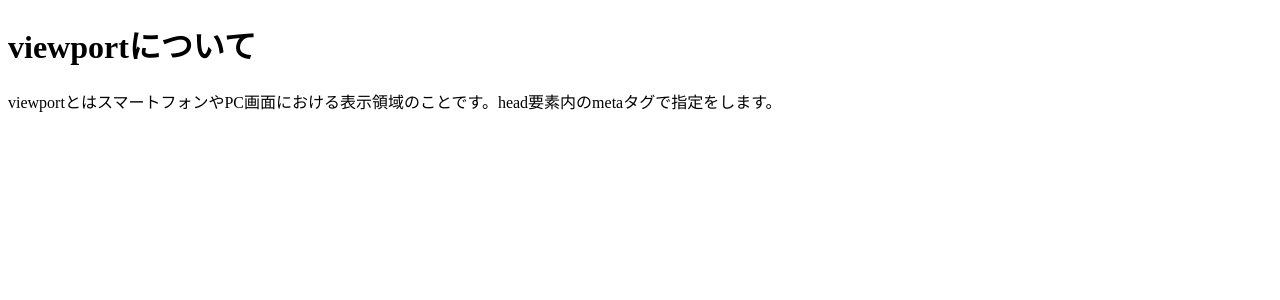
Repository: risayoshinaga/kadai-monolist
Page: index.html
The author's editor kept a record of every edit. The page is drawn from the files as they stood at one moment, then again after the next edit.
The browser window is 1280 px wide. The pictures show the whole page.

Above is the page before.

### index.html
<!DOCTYPE html>
<html lang="ja">
    <head>
        <meta charset="utf-8">
        <meta name="viewport" content="width=device-width, initial-scale=1">
        <title>レスポンシブデザイン</title>
    </head>
    <body>
        <h1>viewportについて</h1>
        <p>viewportとはスマートフォンやPC画面における表示領域のことです。head要素内のmetaタグで指定をします。</p>
    </body>
</html>

After the next edit:
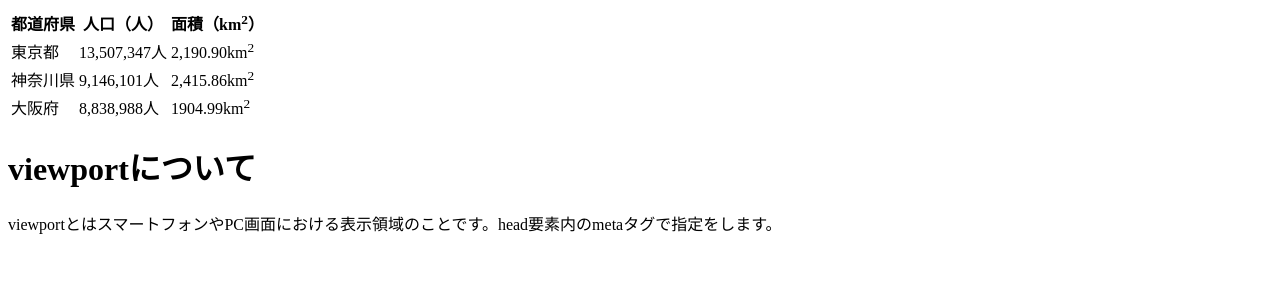
The edit:
--- a/index.html
+++ b/index.html
@@ -6,6 +6,28 @@
         <title>レスポンシブデザイン</title>
     </head>
     <body>
+        <table class="table">
+    <tr>
+        <th class="text-center">都道府県</th>
+        <th class="text-center">人口（人）</th>
+        <th class="text-center">面積（km<sup>2</sup>）</th>
+    </tr>
+    <tr>
+        <td>東京都</td>
+        <td class="text-right">13,507,347人</td>
+        <td class="text-right">2,190.90km<sup>2</sup></td>
+    </tr>
+    <tr>
+        <td>神奈川県</td>
+        <td class="text-right">9,146,101人</td>
+        <td class="text-right">2,415.86km<sup>2</sup></td>
+    </tr>
+    <tr>
+        <td>大阪府</td>
+        <td class="text-right">8,838,988人</td>
+        <td class="text-right">1904.99km<sup>2</sup></td>
+    </tr>
+</table>
         <h1>viewportについて</h1>
         <p>viewportとはスマートフォンやPC画面における表示領域のことです。head要素内のmetaタグで指定をします。</p>
     </body>
